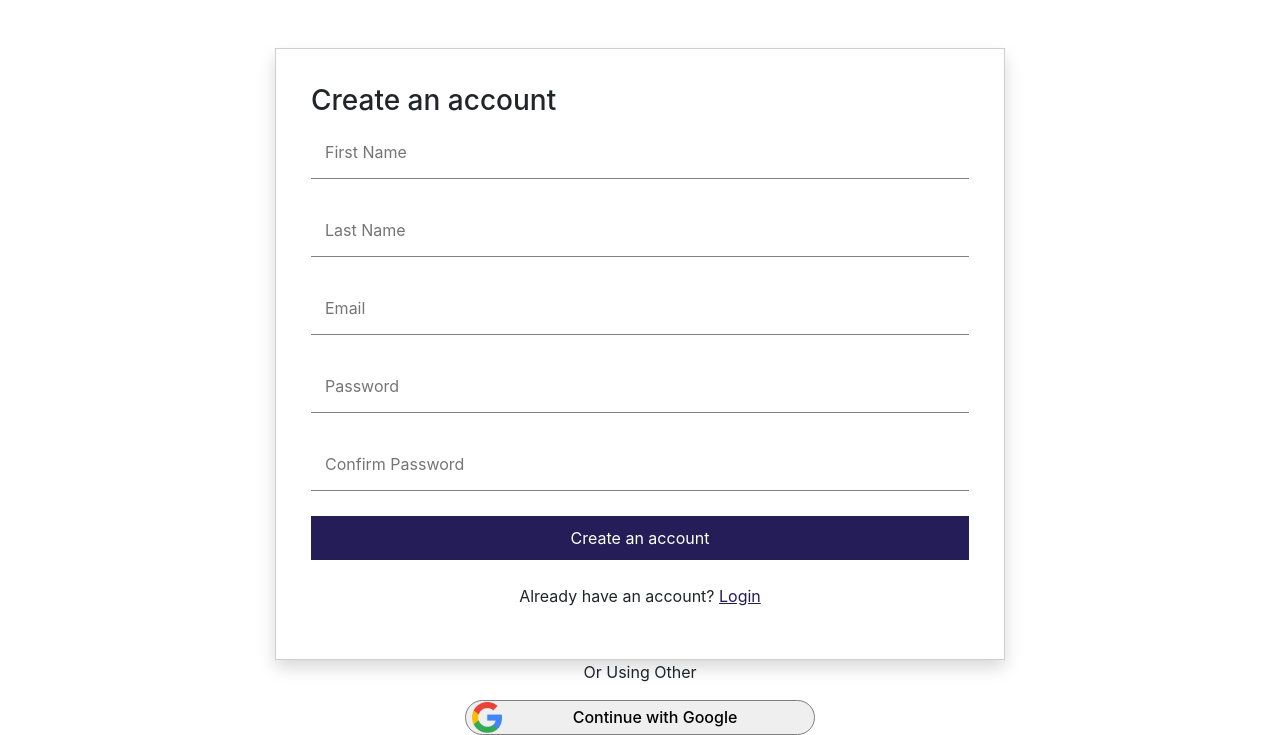
Repository: arif286/home-decoration-client-site
Page: /login
These files come from the project's save history. The page is drawn as it stood at one moment and after the next save; the edit follows.
The browser window is 1280 px wide. The pictures show the whole page.
The project was rebuilt for these pictures with package versions that can differ from the ones it lists, and the page was loaded fresh each time. Also part of the build but not shown: src/components/HomePage/AboutUs/AboutUs.css, src/components/HomePage/NavBar/NavBar.css, src/components/HomePage/NavBar/NavBar.js, src/components/HomePage/Header/Header.css, src/components/HomePage/Header/Header.js, src/components/HomePage/Project/Project.js, src/components/HomePage/ServiceCard/ServiceCard.js, src/components/HomePage/Service/Service.js and 4 more.

Above is the page before, as saved 2021-04-15 05:28:42.

### src/App.js
import "bootstrap/dist/css/bootstrap.min.css";
import React from "react";
import { BrowserRouter as Router, Route, Switch } from "react-router-dom";
import Home from "./components/HomePage/Home/Home";
import SignUp from "./components/LoginPage/SignUp/SignUp";
function App() {
  return (
    <div>
      <Router>
        <Switch>
          <Route path='/home'>
            <Home/>
          </Route>
          <Route path='/login'>
            <SignUp/>
          </Route>
          <Route exact path='/'>
            <Home/>
          </Route>
        </Switch>
      </Router>
    </div>
  );
}

export default App;

### src/components/LoginPage/SignUp/SignUp.js
import React, { useRef, useState } from "react";
import { Col, Container, Row } from "react-bootstrap";
import { useForm } from "react-hook-form";
import GoogleLogin from "../GoogleLogin/GoogleLogin";
import Login from "../Login/Login";
import "./SignUp.css";

const SignUp = () => {
  const [toggle, setToggle] = useState(false);
  const {
    register,
    handleSubmit,
    watch,
    formState: { errors },
  } = useForm();
  const password = useRef({});
  password.current = watch("password", "");
  const onSubmit = (data) => console.log(data);

  return (
    <Container className="mt-5">
      <Row className="justify-content-center">
        <Col xs={10} md={8}>
          {!toggle ? (
            <form
              className="login-form shadow"
              onSubmit={handleSubmit(onSubmit)}
            >
              <h3>Create an account</h3>
              <input
                type="text"
                {...register("firstName", { required: true })}
                placeholder="First Name"
              />

              <input
                type="text"
                {...register("lastName", { required: true })}
                placeholder="Last Name"
              />

              <input
                type="email"
                {...register("email", { required: true })}
                placeholder="Email"
              />
              <input
                type="password"
                {...register("password", { required: true })}
                placeholder="Password"
              />
              <input
                type="password"
                {...register("confirmation", {
                  validate: (value) =>
                    value === password.current || "password do not match",
                })}
                placeholder="Confirm Password"
              />
              {errors.confirmation && <p>{errors.confirmation.message}</p>}

              <button type="submit" className="w-100 submit-btn">
                Create an account
              </button>
              <p className="text-center mt-4">
                Already have an account?{" "}
                <span
                  onClick={() => {
                    setToggle(true);
                  }}
                >
                  Login
                </span>
              </p>
            </form>
          ) : (
            <Login setToggle={setToggle} />
          )}
        </Col>
          </Row>
          <GoogleLogin/>
    </Container>
  );
};

export default SignUp;

### src/components/HomePage/AboutUs/AboutUs.js
import { faCheckCircle } from "@fortawesome/free-solid-svg-icons";
import { FontAwesomeIcon } from "@fortawesome/react-fontawesome";
import React from "react";
import { Col, Container, Row } from "react-bootstrap";
import architects from "../../../home-decoration/Image_Icon/Image/architect.jpg";
import "./AboutUs.css";

const checkBox = <FontAwesomeIcon icon={faCheckCircle} />;

const AboutUs = () => {
  return (
    <Container className="mt-5">
      <h1 className="text-center mb-4">About Us</h1>
      <Row className="row-cols-1 row-cols-md-2">
        <Col className="pb-4">
          <img
            style={{ objectFit: "cover" }}
            className="w-100 h-100"
            src={architects}
            alt=""
          />
        </Col>
        <Col className="pb-4 about-us">
          <p className="welcome-text">
            <small>WELCOME TO OUR AGENCY</small>
          </p>
          <h5>MOST EXPERIENCED BUILDERS ARCHITECTS & DESIGNERS</h5>
          <p style={{ color: "#C0AC95", fontStyle: "italic", fontWeight: 500 }}>
            We're building everything you always needed in architect
          </p>

          <p>
            Lorem ipsum dolor sit amet, consectetur notted adipisicing elit sed
            do eiusmod tempor incididunt by injected humou or randomised simply
            not wisdome to do that avail words even slightly believable.
          </p>
          <div>
            <p>
              <span>{checkBox}</span>Lorem Ipsum is not simply random text
            </p>
            <p>
              <span>{checkBox}</span>Making this the first true on Internet
            </p>
            <p>
              <span>{checkBox}</span>There are slighly believable words
            </p>
            <p>
              <span>{checkBox}</span>If you are going to use passage
            </p>
          </div>
        </Col>
      </Row>
    </Container>
  );
};

export default AboutUs;

### src/components/LoginPage/GoogleLogin/GoogleLogin.js
import React from 'react';
import Google from '../../../home-decoration/Image_Icon/Icon/Group 573.png';
import './GoogleLogin.css';
const GoogleLogin = () => {
    const handleGoogleLogin = () => {
        console.log('click me')
    }
    return (
      <div style={{ textAlign: "center" }}>
        <p>Or Using Other</p>
        <button onClick={() => handleGoogleLogin()} className="login-btn">
          <img src={Google} alt="" />
          <p className="login-title">Continue with Google</p>
        </button>
      </div>
    );
};

export default GoogleLogin;

### src/components/LoginPage/SignUp/SignUp.css
.login-form input {
  width: 100%;
  padding: 14px;
  border: none;
  border-bottom: 1px solid gray;
  margin-bottom: 25px;
  outline: none;
}
.submit-btn {
  border: none;
  outline: none;
  padding: 10px 0px;
  background-color: #251d58;
  color: white;
  font-weight: 400;
}

.login-form {
  border: 1px solid #837b7b61;
  padding: 35px;
}
.login-form span {
  text-decoration: underline;
  color: #251d58;
  cursor: pointer;
}
.reset-password {
  text-decoration: underline;
  color: #251d58;
  font-weight: 500;
}
.reset-password:hover {
  color: #251d58;
  cursor: pointer;
}

### src/components/LoginPage/GoogleLogin/GoogleLogin.css
.login-btn {
  display: flex;
  min-width: 350px;
  border-radius: 50px;
  border: 0.5px solid gray;
  outline: none;
  margin: auto;
}
.login-btn img {
  width: 30px;
}
.login-title {
  margin: auto;
  font-weight: 500;
}

Loaded but not shown: public/index.html (common file); src/index.js (common file); src/index.css (common file); src/reportWebVitals.js (common file)

After the next save:
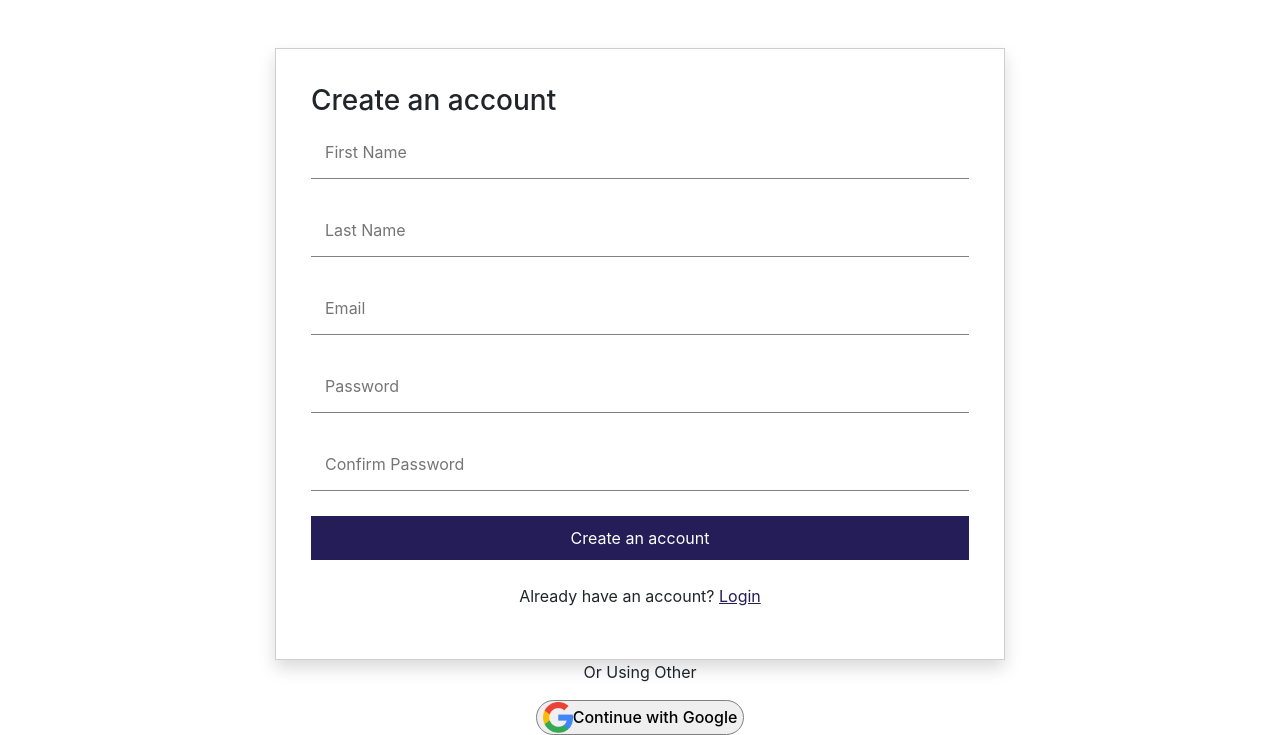
Saved 10 s later.
--- a/src/components/LoginPage/GoogleLogin/GoogleLogin.css
+++ b/src/components/LoginPage/GoogleLogin/GoogleLogin.css
@@ -1,6 +1,6 @@
 .login-btn {
   display: flex;
-  min-width: 350px;
+  max-width: 350px;
   border-radius: 50px;
   border: 0.5px solid gray;
   outline: none;
